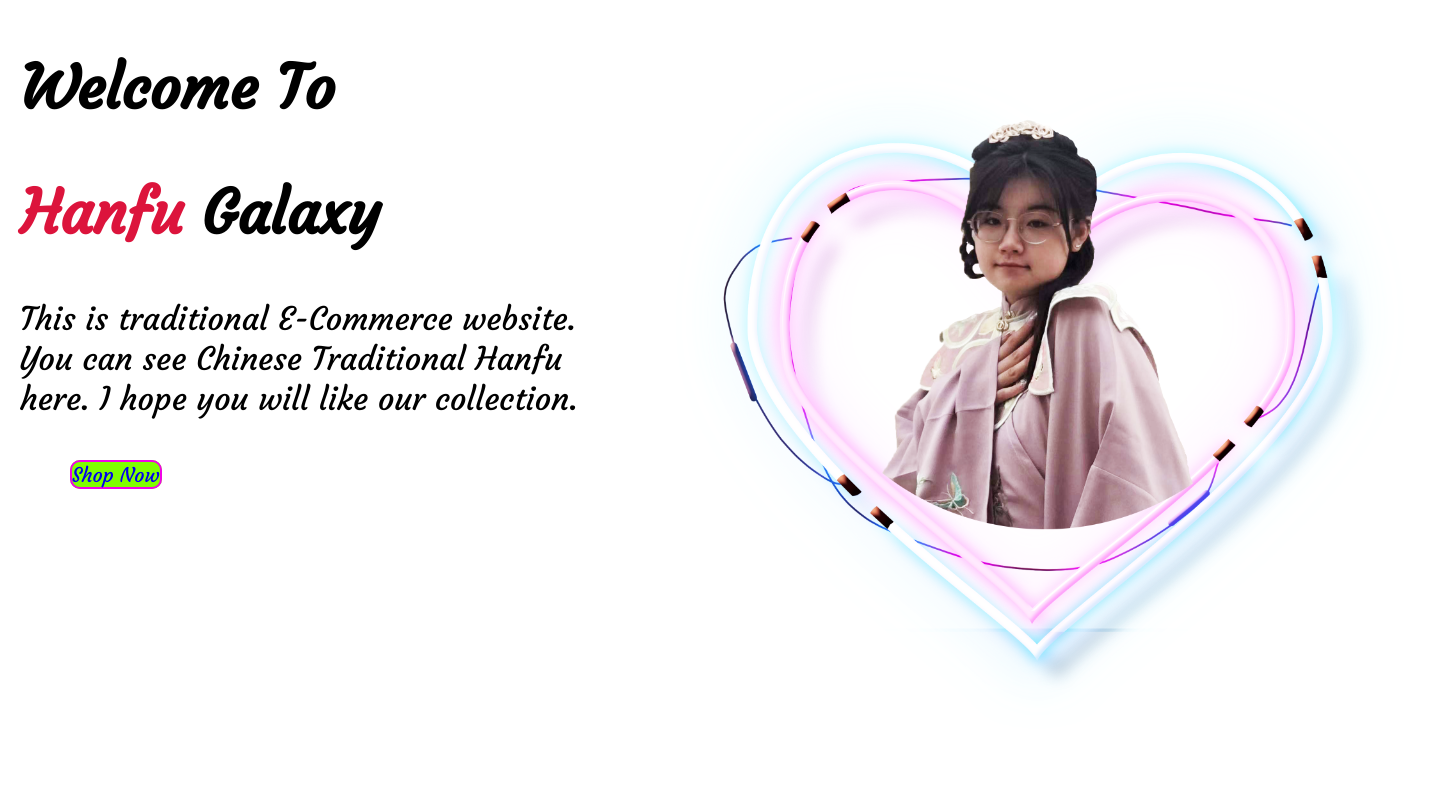
Repository: ramizraaz/E-Commerce
Page: index.html
An editor plug-in stored every save of this project. The page is shown before and after the next save, followed by the edit.
The browser window is 1280 px wide. The page is 1440 px wide, so the pictures cover 1440 px, including what lies to the right of the window. The pictures show the whole page.

Above is the page before, as saved 2022-02-06 20:55:07.

### index.html
<!DOCTYPE html>
<html lang="en">

<head>
    <meta charset="UTF-8">
    <meta http-equiv="X-UA-Compatible" content="IE=edge">
    <meta name="viewport" content="width=device-width, initial-scale=1.0">
    <title>Document</title>
    <link rel="stylesheet" href="main.css">
</head>

<body>
    <section class="top">
        <div class="container">
            <h1>Welcome To </h1>
            <h1><span> Hanfu </span>Galaxy</h1>
            <p>This is traditional E-Commerce website. You can see Chinese Traditional Hanfu here. I hope you will like our collection.
            </p>
            <a href="index.html">Shop Now</a>
        </div>
        <div class="container">
            <img src="images/bg-1.png" alt="showart">
        </div>
    </section>
</body>

</html>

### main.css
@import url('https://fonts.googleapis.com/css2?family=Courgette&display=swap');
body {
    font-family: 'Courgette', cursive;
    margin: 0;
    font-size: 2rem;
}

h1 {
    font-size: 60px;
}

span {
    color: crimson;
}

img {
    width: 800px;
}

a {
    text-decoration: none;
    border: 2px solid #f104e6;
    border-radius: 10px;
    font-size: 20px;
    margin-left: 50px;
    background-color: chartreuse;
}

.top {
    display: flex;
    ;
}

.container {
    width: 50%;
    padding-left: 20px;
}

After the next save:
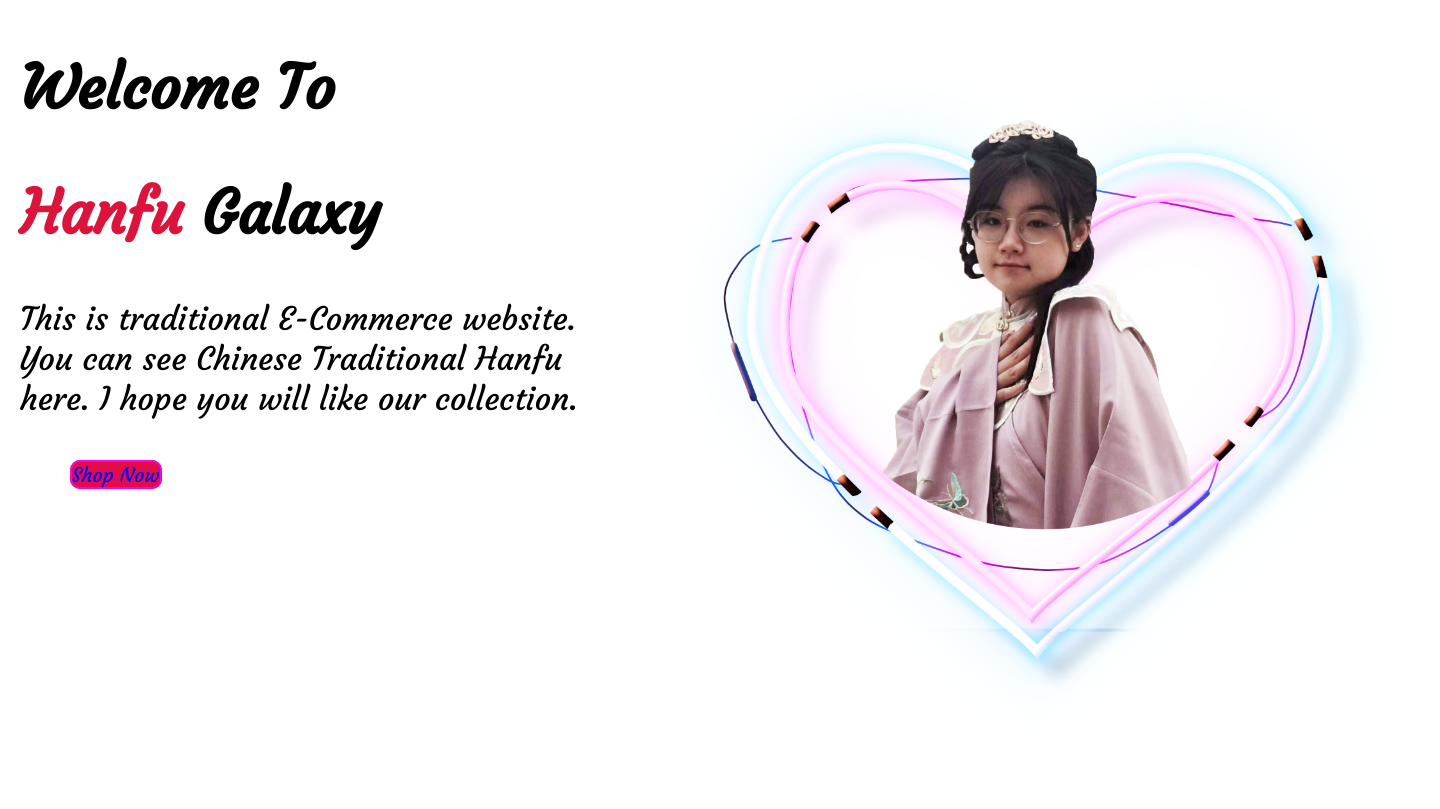
Saved 15 s later.
--- a/main.css
+++ b/main.css
@@ -23,7 +23,7 @@ a {
     border-radius: 10px;
     font-size: 20px;
     margin-left: 50px;
-    background-color: chartreuse;
+    background-color: rgb(226, 11, 76);
 }
 
 .top {
